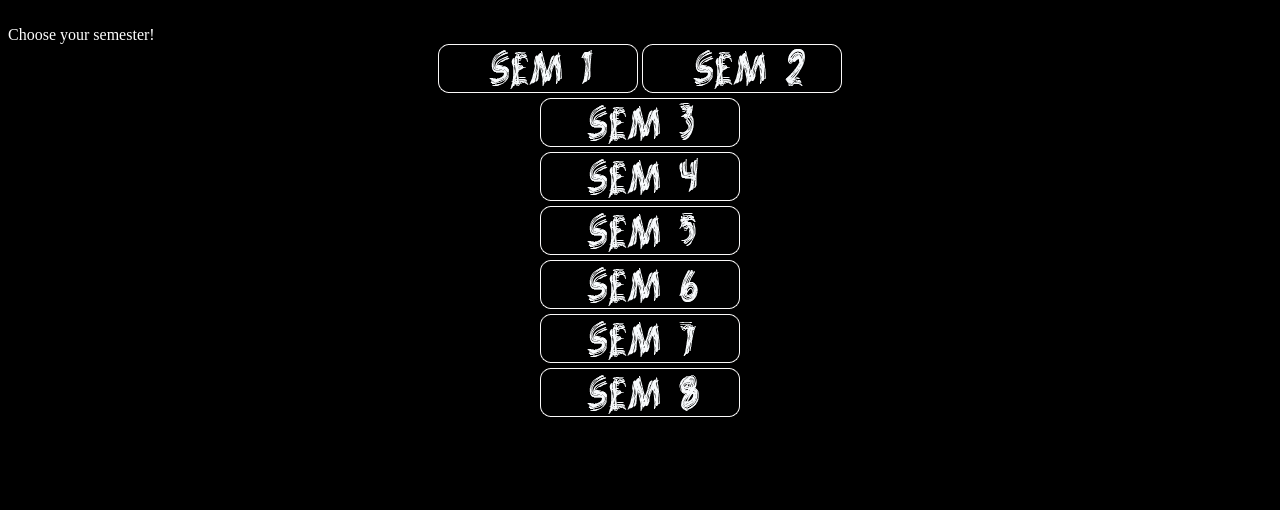
Repository: vigineshs/Mobile-Applications
Page: AnnaUniv GPA Calc/AnnaUniv GPA Calculator w/assets/www/reg08ee.html
An editor plug-in stored every save of this project. The page is shown before and after the next save, followed by the edit.
The browser window is 1280 px wide. The pictures show the whole page.

Above is the page before, as saved 2012-05-06 03:32:17.

### AnnaUniv GPA Calc/AnnaUniv GPA Calculator w/assets/www/reg08ee.html
<!DOCTYPE HTML>
<html>
<head>
<title>GPA</title>
<script type="text/javascript" charset="utf-8" src="/AnnaUniv GPA Calculator/assets/www/cordova-1.7.0.js"></script>

</head>
<body style="background-color:black; color:white" >
<br /> Choose your semester! <br /> <center>
<a href="ece08sem1.html" onmouseover="document.cont.src='sem1.png'" onclick="document.cont.src='sem1.png'" onMouseOut="document.cont.src='sem11.png'" ><img src="sem11.png" name="cont" border="0" /></a>
<a href="eee08sem2.html" onmouseover="document.conta.src='sem2.png'" onclick="document.conta.src='sem2.png'" onMouseOut="document.conta.src='sem21.png'" ><img src="sem21.png" name="conta" border="0" /></a><br />
<a href="eee08sem3.html" onmouseover="document.conts.src='sem3.png'" onclick="document.conts.src='sem3.png'" onMouseOut="document.conts.src='sem31.png'" ><img src="sem31.png" name="conts" border="0" /></a><br />
<a href="eee08sem4.html" onmouseover="document.contz.src='sem4.png'" onclick="document.contz.src='sem4.png'" onMouseOut="document.contz.src='sem41.png'" ><img src="sem41.png" name="contz" border="0" /></a><br />
<a href="eee08sem5.html" onmouseover="document.contx.src='sem5.png'" onclick="document.contx.src='sem5.png'" onMouseOut="document.contx.src='sem51.png'" ><img src="sem51.png" name="contx" border="0" /></a><br />
<a href="eee08sem6.html" onmouseover="document.contq.src='sem6.png'" onclick="document.contq.src='sem6.png'" onMouseOut="document.contq.src='sem61.png'" ><img src="sem61.png" name="contq" border="0" /></a><br />
<a href="eee08sem7.html" onmouseover="document.contw.src='sem7.png'" onclick="document.contw.src='sem7.png'" onMouseOut="document.contw.src='sem71.png'" ><img src="sem71.png" name="contw" border="0" /></a><br />
<a href="eee08sem8.html" onmouseover="document.contd.src='sem8.png'" onclick="document.contd.src='sem8.png'" onMouseOut="document.contd.src='sem81.png'" ><img src="sem81.png" name="contd" border="0" /></a><br />
</center>
</body>
</html>

Loaded but not shown: AnnaUniv GPA Calc/AnnaUniv GPA Calculator w/assets/www/cordova-1.7.0.js (library)

After the next save:
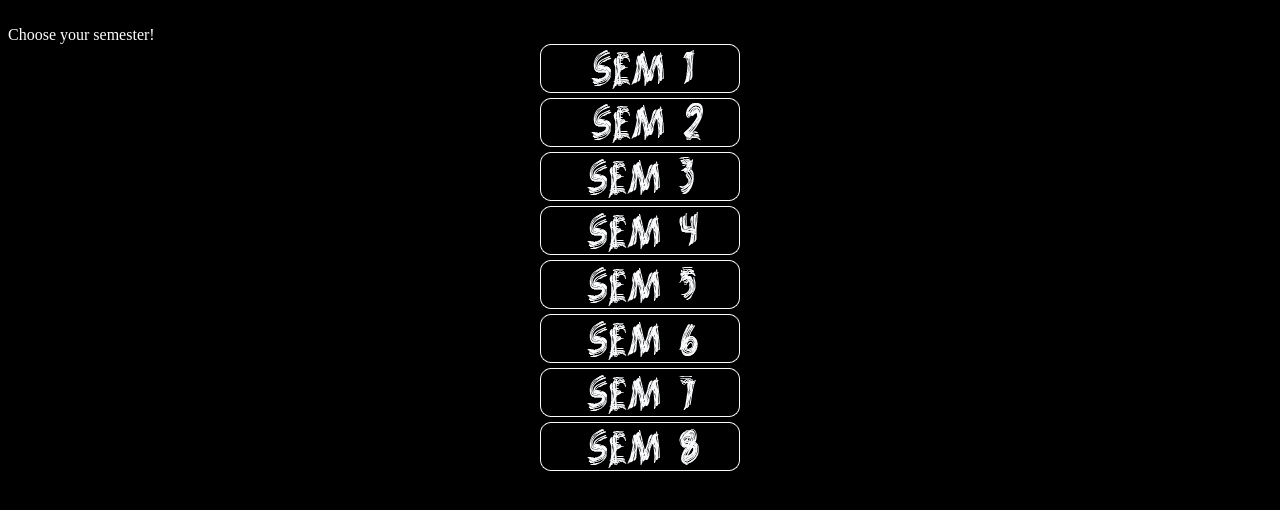
Saved 8 s later.
--- a/AnnaUniv GPA Calc/AnnaUniv GPA Calculator w/assets/www/reg08ee.html
+++ b/AnnaUniv GPA Calc/AnnaUniv GPA Calculator w/assets/www/reg08ee.html
@@ -7,7 +7,7 @@
 </head>
 <body style="background-color:black; color:white" >
 <br /> Choose your semester! <br /> <center>
-<a href="ece08sem1.html" onmouseover="document.cont.src='sem1.png'" onclick="document.cont.src='sem1.png'" onMouseOut="document.cont.src='sem11.png'" ><img src="sem11.png" name="cont" border="0" /></a>
+<a href="ece08sem1.html" onmouseover="document.cont.src='sem1.png'" onclick="document.cont.src='sem1.png'" onMouseOut="document.cont.src='sem11.png'" ><img src="sem11.png" name="cont" border="0" /></a><br />
 <a href="eee08sem2.html" onmouseover="document.conta.src='sem2.png'" onclick="document.conta.src='sem2.png'" onMouseOut="document.conta.src='sem21.png'" ><img src="sem21.png" name="conta" border="0" /></a><br />
 <a href="eee08sem3.html" onmouseover="document.conts.src='sem3.png'" onclick="document.conts.src='sem3.png'" onMouseOut="document.conts.src='sem31.png'" ><img src="sem31.png" name="conts" border="0" /></a><br />
 <a href="eee08sem4.html" onmouseover="document.contz.src='sem4.png'" onclick="document.contz.src='sem4.png'" onMouseOut="document.contz.src='sem41.png'" ><img src="sem41.png" name="contz" border="0" /></a><br />
